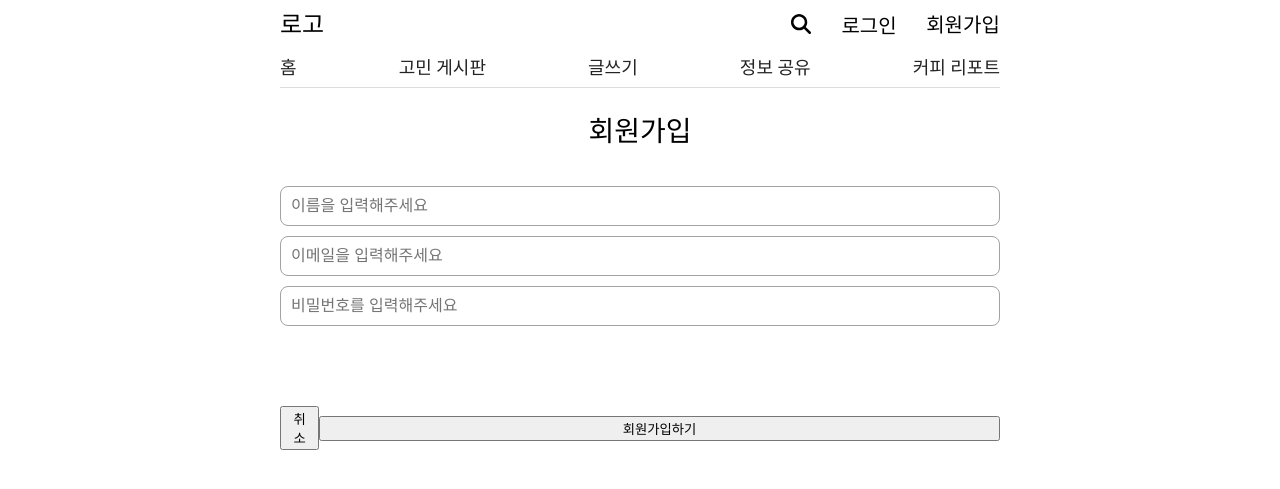
Repository: zlazlazla35/coffee
Page: /join
The author's editor kept a copy of each file at every save. The page is drawn from the files as they stood at one save, then again after the next save.
The browser window is 1280 px wide. The pictures show the whole page.
The page's requests for data from a server got no answer. Some web fonts or font styles are not loaded; a fallback is used. The project was rebuilt for these pictures with package versions that can differ from the ones it lists, and the page was loaded fresh each time. The framework's server and built-in components were replaced by stand-ins that run in the browser. No one was signed in, and anything a server would have sent is missing. Also part of the build but not shown: next.config.mjs, src/app/LogOutButton.js.

Above is the page before, as saved 2025-01-20 17:12:14.

After the next save:
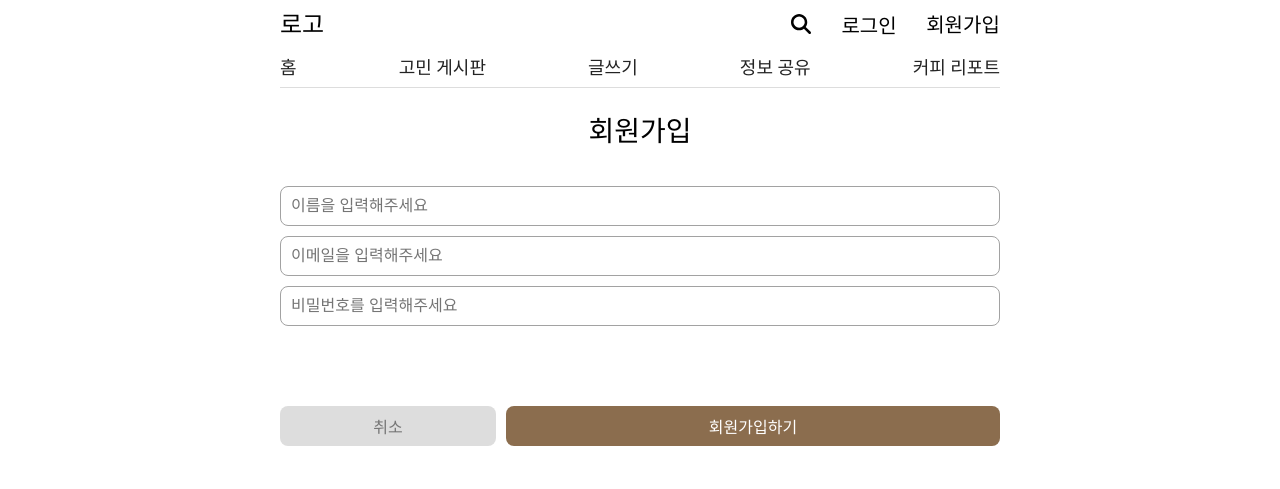
Saved 23 s later.
--- a/src/app/globals.css
+++ b/src/app/globals.css
@@ -176,8 +176,8 @@ select {font-family: 'NanumSquare', sans-serif !important; outline: none !import
 .join .title {font-size: 28px; width: 100%; text-align: center; margin: 30px 0 40px;}
 .join input {width: 100%; height: 40px;box-sizing: border-box;padding: 10px;font-size: 16px;border-radius: 8px; border: 1px solid #a2a2a2; margin-bottom: 10px;}
 .join .btnBox {width: 100%;display: flex;align-items: center;justify-content: space-between; margin-top: 70px;}
-.join .btnBox.back {width: 30%;height: 40px;background: #ddd;color: #757575;font-size: 16px;border: none;border-radius: 8px; margin-right: 10px;}
-.join .btnBox.join {width: calc(70% - 10px);height: 40px;background: #8b6d4e;color: #fff;font-size: 16px;border: none; border-radius: 8px;}
+.join .btnBox button.back {width: 30%;height: 40px;background: #ddd;color: #757575;font-size: 16px;border: none;border-radius: 8px; margin-right: 10px;}
+.join .btnBox button.join {width: calc(70% - 10px);height: 40px;background: #8b6d4e;color: #fff;font-size: 16px;border: none; border-radius: 8px;}
 
 
 #dbId {display: none;}
